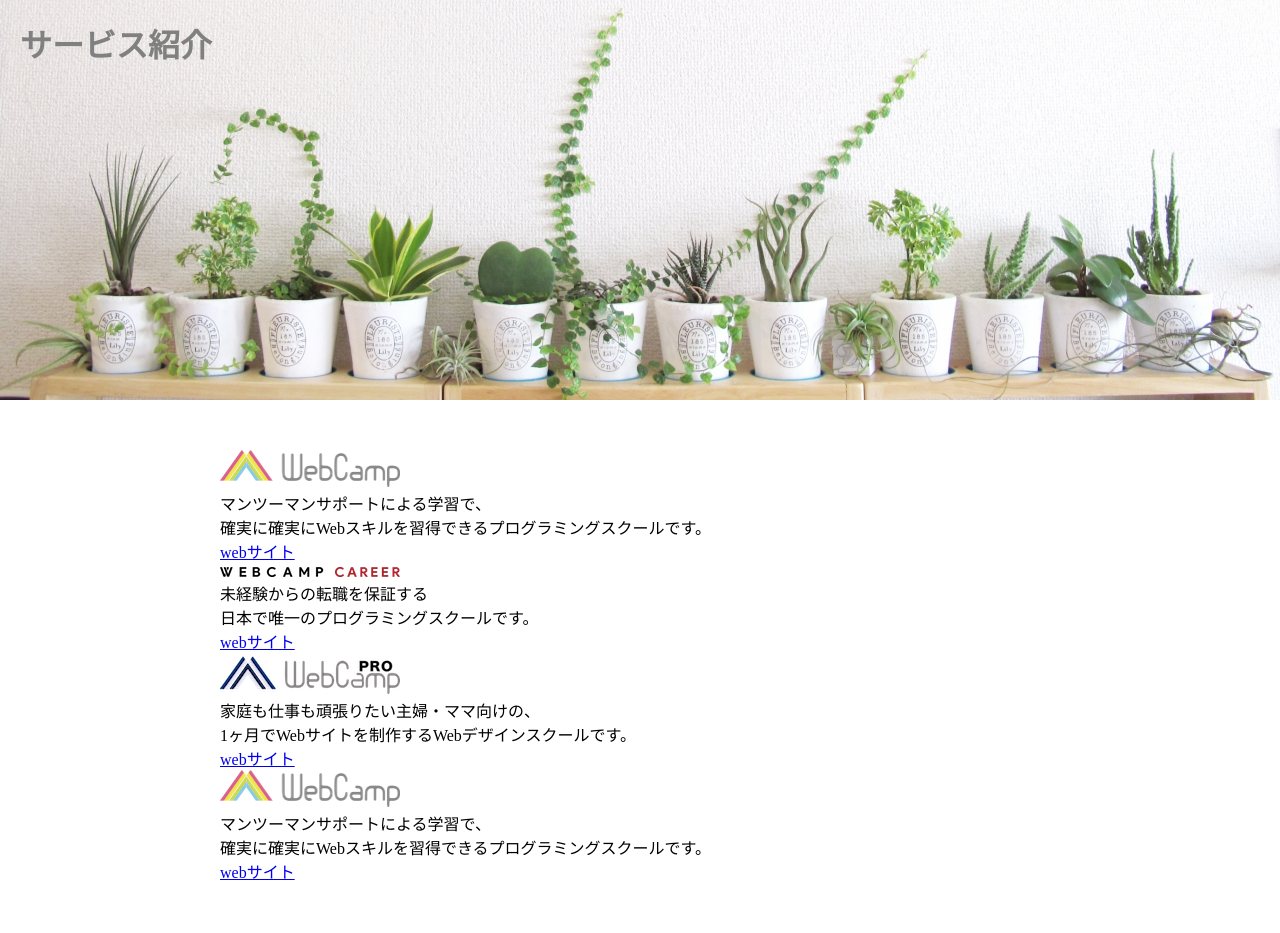
Repository: ryosei-110/HTML-CSS-
Page: 1-7exercise/1-7.html
The author's editor kept a record of every edit. The page is drawn from the files as they stood at one moment, then again after the next edit.
The browser window is 1280 px wide. The pictures show the whole page.

Above is the page before.

### 1-7exercise/1-7.html
<!DOCTYPE html>
<html lang="ja">
  <head>
    <meta charset="UTF-8" />
    <link rel="stylesheet" href="1-7.css" />
    <title>1-2演習問題</title>
  </head>

  <body>

  <header>
    <h1 class="heading">サービス紹介</h1>
  </header>

  <div class="main">
    <div class="main-item">
      <img class="main-image" src="img/wc-logo.png">
      <p class="main-text">
        マンツーマンサポートによる学習で、<br>
        確実に確実にWebスキルを習得できるプログラミングスクールです。<br>
        <a href="1-7.html">webサイト</a>
      </p>
    </div>
    <div class="main-item">
      <img class="main-image" src="img/wcc-logo.png">
      <p class="main-text">
        未経験からの転職を保証する<br>
        日本で唯一のプログラミングスクールです。<br>
        <a href="1-7.html">webサイト</a>
      </p>
    </div>
    <div class="main-item">
      <img class="main-image" src="img/wcp-logo.png">
      <p class="main-text">
        家庭も仕事も頑張りたい主婦・ママ向けの、<br>
        1ヶ月でWebサイトを制作するWebデザインスクールです。<br>
        <a href="1-7.html">webサイト</a>
      </p>
    </div>
    <div class="main-item">
      <img class="main-image" src="img/wc-logo.png">
      <p class="main-text">
        マンツーマンサポートによる学習で、<br>
        確実に確実にWebスキルを習得できるプログラミングスクールです。<br>
        <a href="1-7.html">webサイト</a>
      </p>
    </div>
  </div>

  </body>
</html>

### 1-7exercise/1-7.css
* {
  margin: 0;
  padding: 0;
  box-sizing: border-box;
}

header {
  width: 100%;
  height: 400px;
  background-image: url(img/mv.jpg);
  background-size: cover;
  background-position: bottom ;
}

.heading {
  padding: 20px;
  color: grey;
}

.main {
  margin: 50px auto;
  width: 840px;
  display: flex;
  flex-direction: column;

}

.main-item1 {
  padding-bottom: 30px;
  border-bottom: 1px solid gray;
}

.main-item2 {
  padding: 30px 0;
  border-bottom: 1px solid gray;
}

After the next edit:
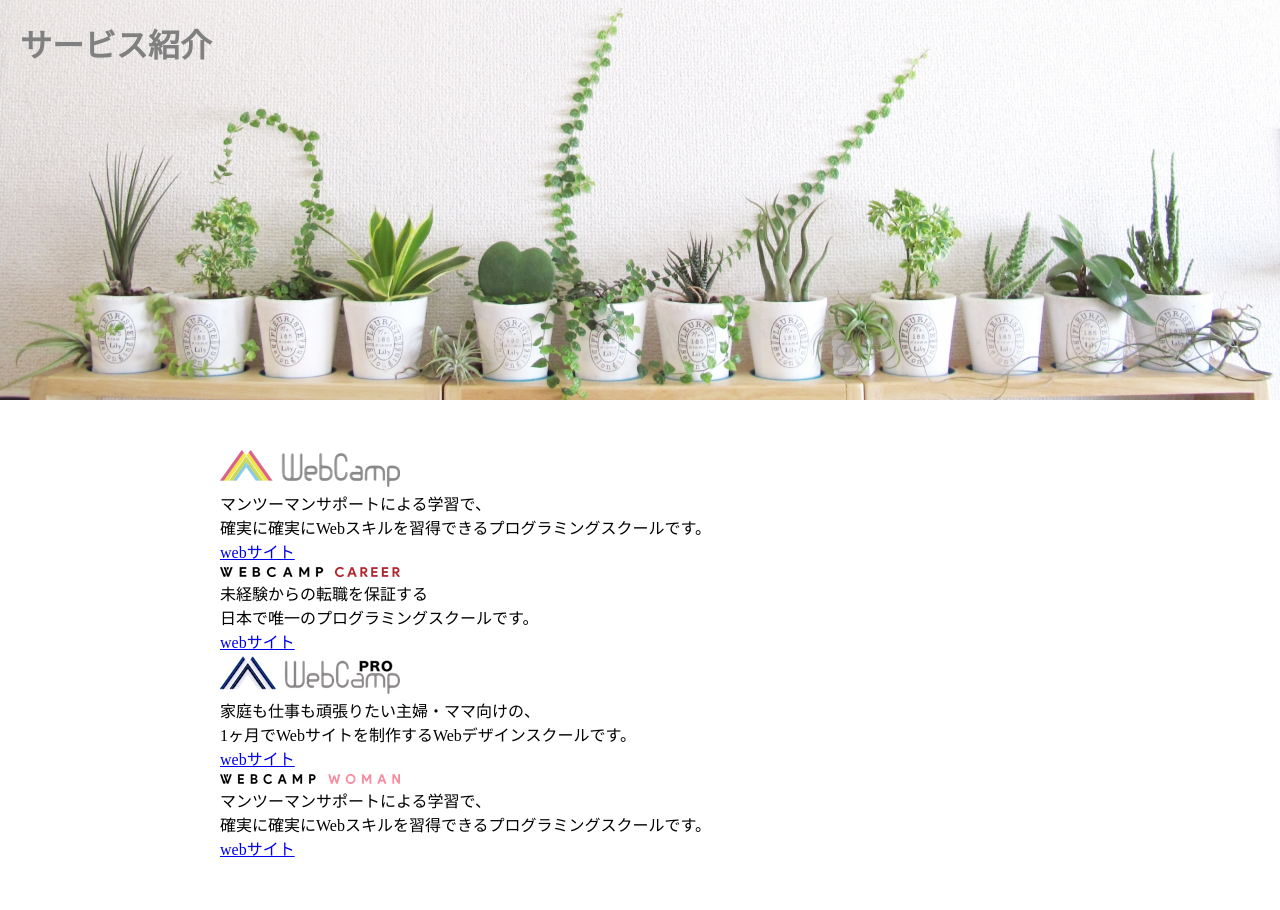
The edit:
--- a/1-7exercise/1-7.html
+++ b/1-7exercise/1-7.html
@@ -38,7 +38,7 @@
       </p>
     </div>
     <div class="main-item">
-      <img class="main-image" src="img/wc-logo.png">
+      <img class="main-image" src="img/wcw-logo.png">
       <p class="main-text">
         マンツーマンサポートによる学習で、<br>
         確実に確実にWebスキルを習得できるプログラミングスクールです。<br>
